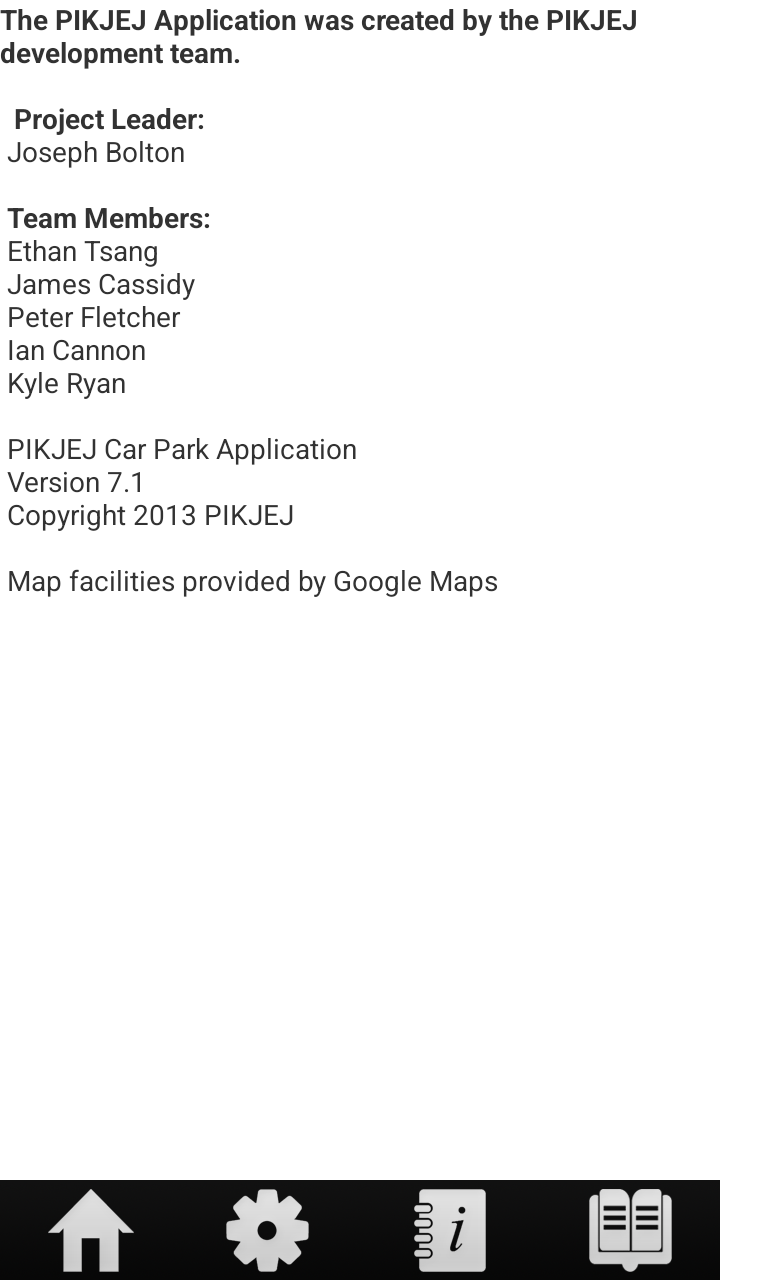
Repository: jo3bolton/PIKJEJ
Layout: PIKJEJ v7/PIKJEJ/res/layout/activity_about.xml
These files come from the project's save history. The layout is drawn as it stood at one moment and after the next save; the edit follows.
It is drawn on a 768 x 1280 px phone screen (xhdpi) without system bars, with theme AppTheme; the app's code is not run.

Above is the layout before, as saved 2013-03-23 13:45:31.

### PIKJEJ v7/PIKJEJ/res/layout/activity_about.xml
<RelativeLayout xmlns:android="http://schemas.android.com/apk/res/android"
    xmlns:tools="http://schemas.android.com/tools"
    android:layout_width="match_parent"
    android:layout_height="match_parent"
    android:screenOrientation="portrait"
    tools:context=".About" >

    <ImageButton
        android:id="@+id/home"
        android:layout_width="wrap_content"
        android:layout_height="wrap_content"
        android:layout_alignParentBottom="true"
        android:layout_alignParentLeft="true"
        android:background="@drawable/ic_tab_home_unselected"
        android:onClick="Home" />

    <ImageButton
        android:id="@+id/settings"
        android:layout_width="wrap_content"
        android:layout_height="wrap_content"
        android:layout_alignParentBottom="true"
        android:layout_toRightOf="@+id/home"
        android:background="@drawable/ic_tab_settings_unselected"
        android:onClick="Settings" />

    <ImageButton
        android:id="@+id/about"
        android:layout_width="wrap_content"
        android:layout_height="wrap_content"
        android:layout_alignParentBottom="true"
        android:layout_toRightOf="@+id/settings"
        android:background="@drawable/ic_tab_about_unselected"
        android:onClick="About" />

    <ImageButton
        android:id="@+id/userguide"
        android:layout_width="wrap_content"
        android:layout_height="wrap_content"
        android:layout_alignParentBottom="true"
        android:layout_toRightOf="@+id/about"
        android:background="@drawable/ic_tab_userguide_unselected"
        android:onClick="Userguide" />
<ScrollView
    android:id="@+id/ScrollView1"
        android:layout_width="wrap_content"
        android:layout_height="wrap_content"
        android:layout_above="@+id/settings"
        android:layout_alignParentLeft="true"
        android:layout_alignParentRight="true"
        android:layout_alignParentTop="true">

    <TextView
        android:id="@+id/textView1"
        android:layout_width="wrap_content"
        android:layout_height="wrap_content"
        android:scrollbars="vertical"
        android:text="@string/page_about" />

</ScrollView>
</RelativeLayout>

### PIKJEJ v7/PIKJEJ/res/values/strings.xml
<?xml version="1.0" encoding="utf-8"?>
<resources>

    <string name="app_name">PIKJEJ</string>
    <string name="action_settings">Settings</string>
    <string name="hello_world">Hello world!</string>
    <string name="title_activity_about">About</string>
    <string name="title_activity_alt_travel">AltTravel</string>
    <string name="title_activity_userguide">Userguide</string>
    <string name="title_activity_schedule">Schedule</string>
    <string name="title_activity_settings">Settings</string>
    <string name="title_activity_predictor">Predictor</string>
    <string name="title_activity_terms">Terms</string>
    <string name="title_activity_splash">Splash</string>
    <string name="title_activity_home">Home</string>
    <string name="page_about"><b>The PIKJEJ Application was created by the PIKJEJ development team.</b> \n \n <b> Project Leader:</b> \n Joseph Bolton \n\n <b>Team Members:</b> \n Ethan Tsang \n James Cassidy \n Peter Fletcher \n Ian Cannon \n  Kyle Ryan \n\n PIKJEJ Car Park Application \n Version 7.1 \n Copyright 2013 PIKJEJ \n\n Map facilities provided by Google Maps \n\n </string>

</resources>

Loaded but not shown: PIKJEJ v7/PIKJEJ/res/values/styles.xml (common file); PIKJEJ v7/PIKJEJ/res/values-v11/styles.xml (common file); PIKJEJ v7/PIKJEJ/res/values-v14/styles.xml (common file)

After the next save:
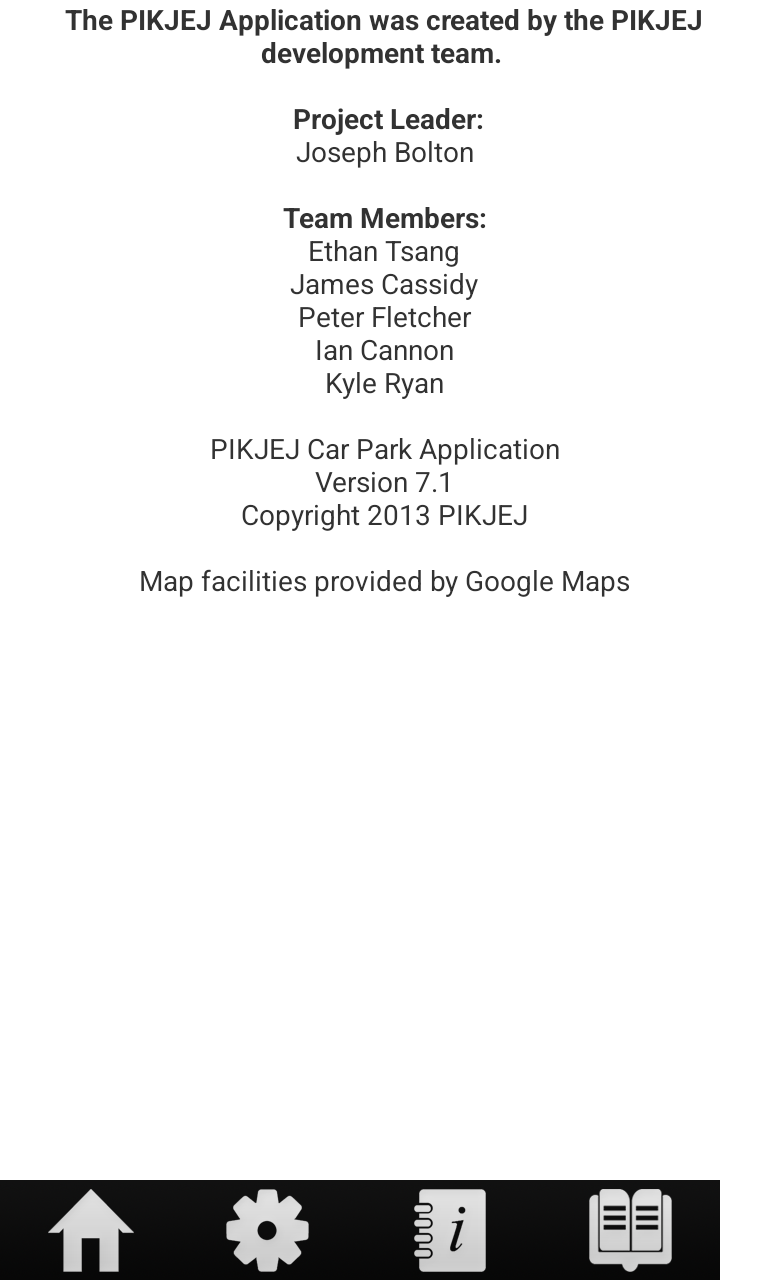
Saved 41 s later.
--- a/PIKJEJ v7/PIKJEJ/res/layout/activity_about.xml
+++ b/PIKJEJ v7/PIKJEJ/res/layout/activity_about.xml
@@ -52,7 +52,8 @@
     <TextView
         android:id="@+id/textView1"
         android:layout_width="wrap_content"
-        android:layout_height="wrap_content"
+        android:layout_height="match_parent"
+        android:gravity="center"
         android:scrollbars="vertical"
         android:text="@string/page_about" />
 
